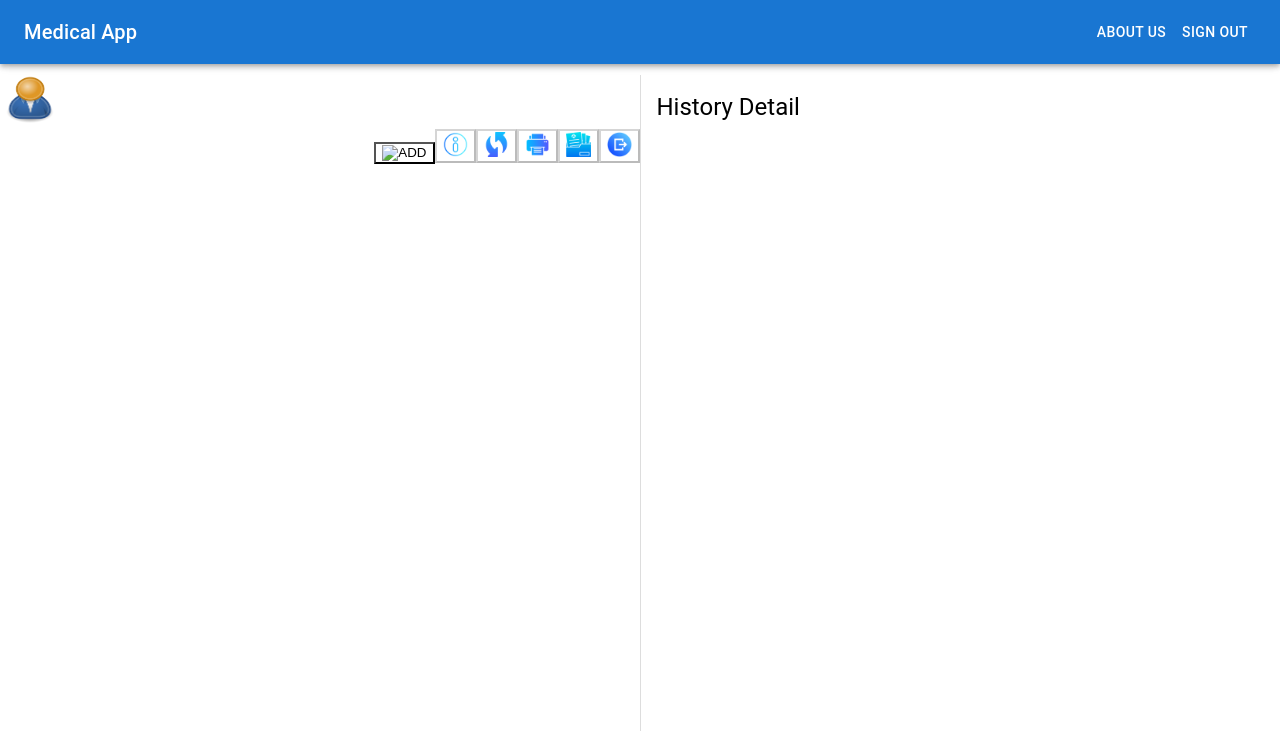
Repository: sshaiv/demo_project
Page: /
The author's editor kept a copy of each file at every save. The page is drawn from the files as they stood at one save, then again after a run of saves.
The browser window is 1280 px wide. The pictures show the whole page.
Pictures or frames that could not be fetched are drawn as grey boxes. The project was rebuilt for these pictures with package versions that can differ from the ones it lists, and the page was loaded fresh each time.

Above is the page before, as saved 2024-08-12 20:36:57.
Not found: Images/docExmnpics/health.g

After the next 3 saves:
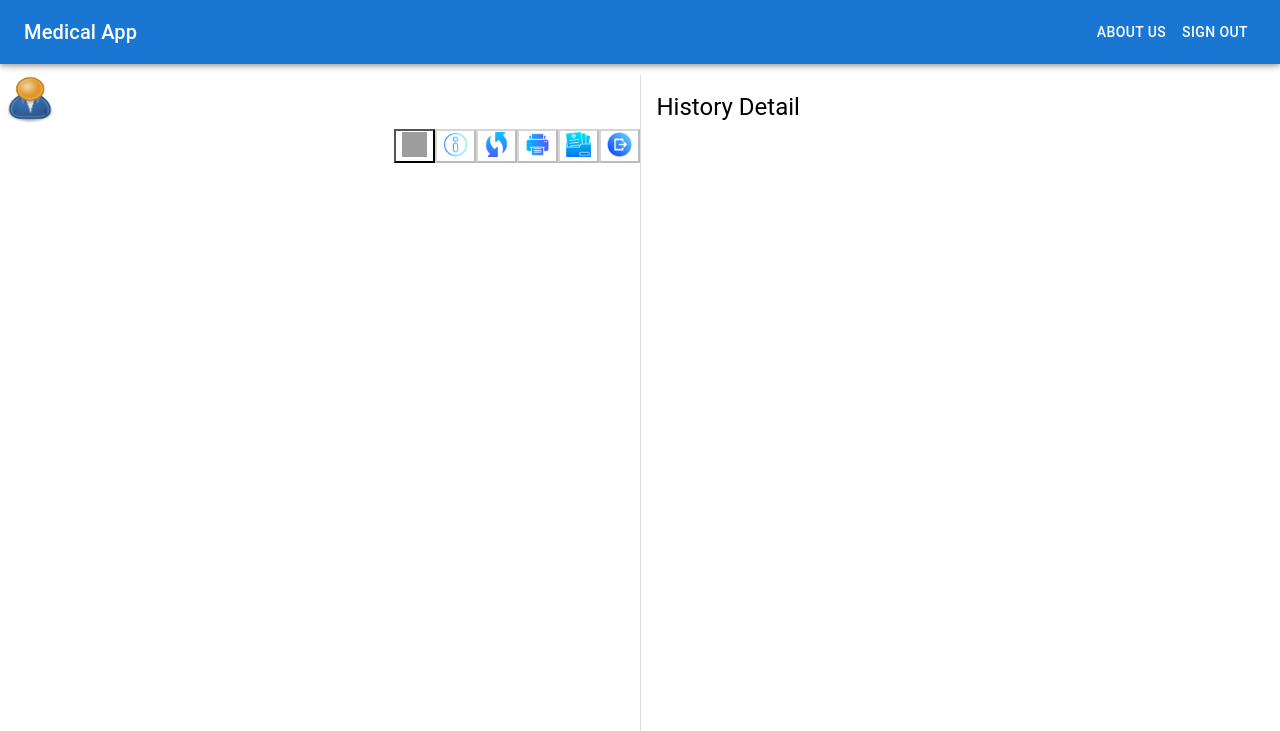
The 3 saves are shown as one change because they came seconds apart.
The last was saved 10 s later.
--- a/src/components/NursingHeader.js
+++ b/src/components/NursingHeader.js
@@ -36,7 +36,7 @@ const NursingHeader = () => {
         <div className="col-md-6" style={{ textAlign: "right" }}>
           <Button
             id="btnPatAdd"
-            imgSrc="/Images/docExmnpics/health.g"
+            imgSrc="/+"
             // onClick={() => DocumentPatientFile(1)}
             title="ADD"
           />
